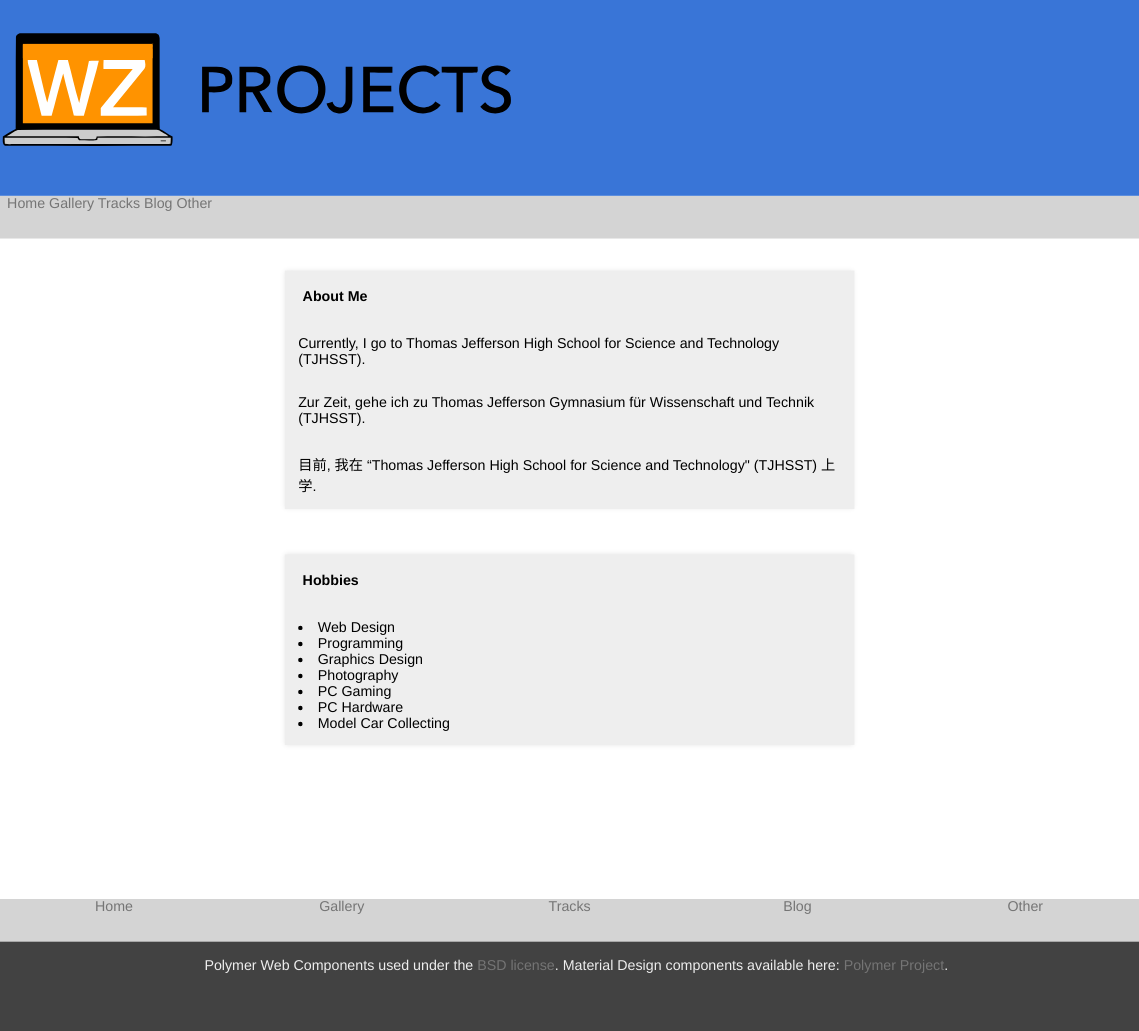
Repository: willzhang05/willzhang05.github.io-old
Page: about.html
The author's editor kept a record of every edit. The page is drawn from the files as they stood at one moment, then again after the next edit.
The browser window is 1280 px wide. The pictures show the whole page, at 89% of full size.

Above is the page before.

After the next edit:
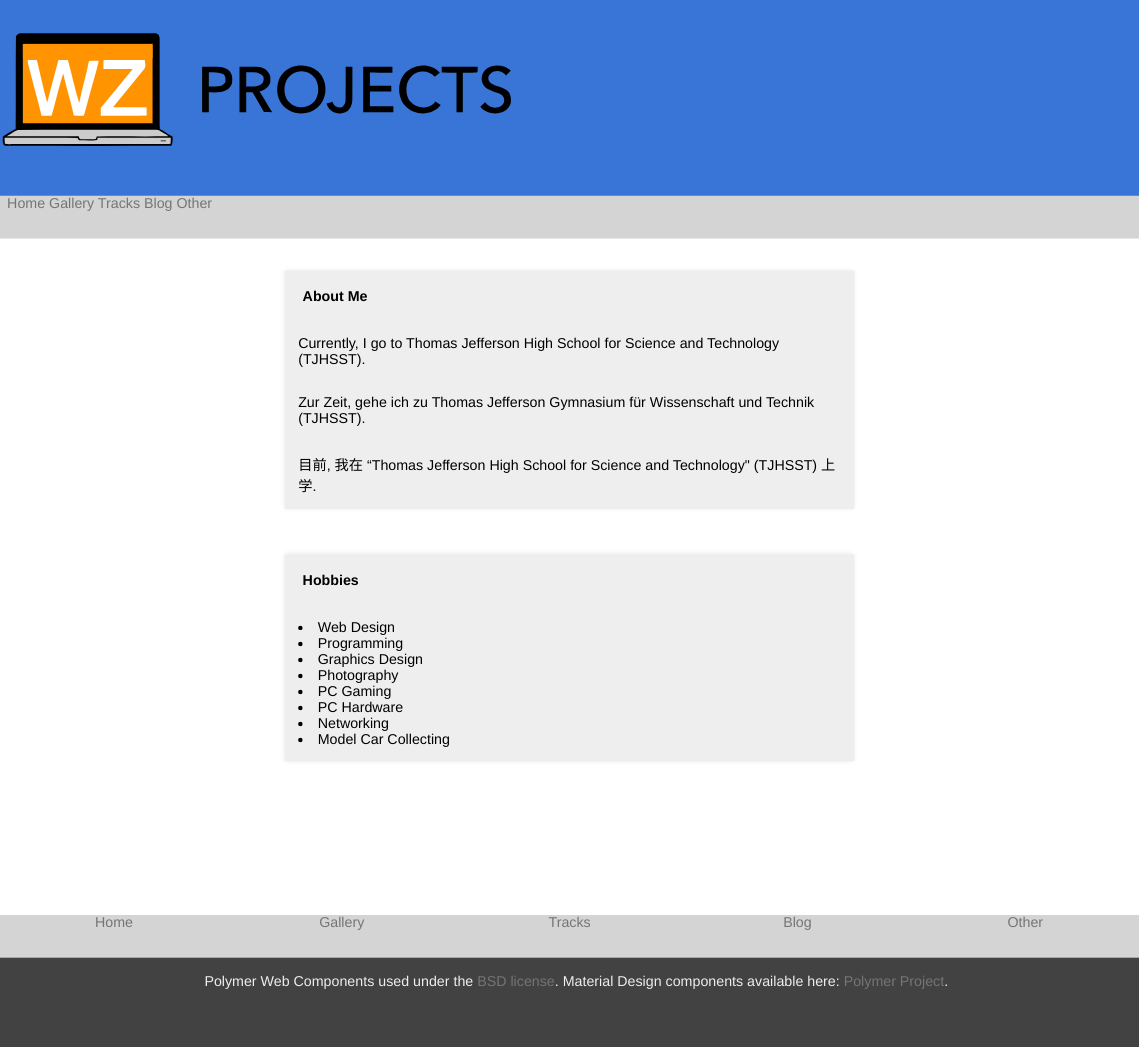
The edit:
--- a/about.html
+++ b/about.html
@@ -109,6 +109,9 @@
 								PC Hardware
 							</li>
 							<li>
+								Networking
+							</li>
+							<li>
 								Model Car Collecting
 							</li>
 						</div>
